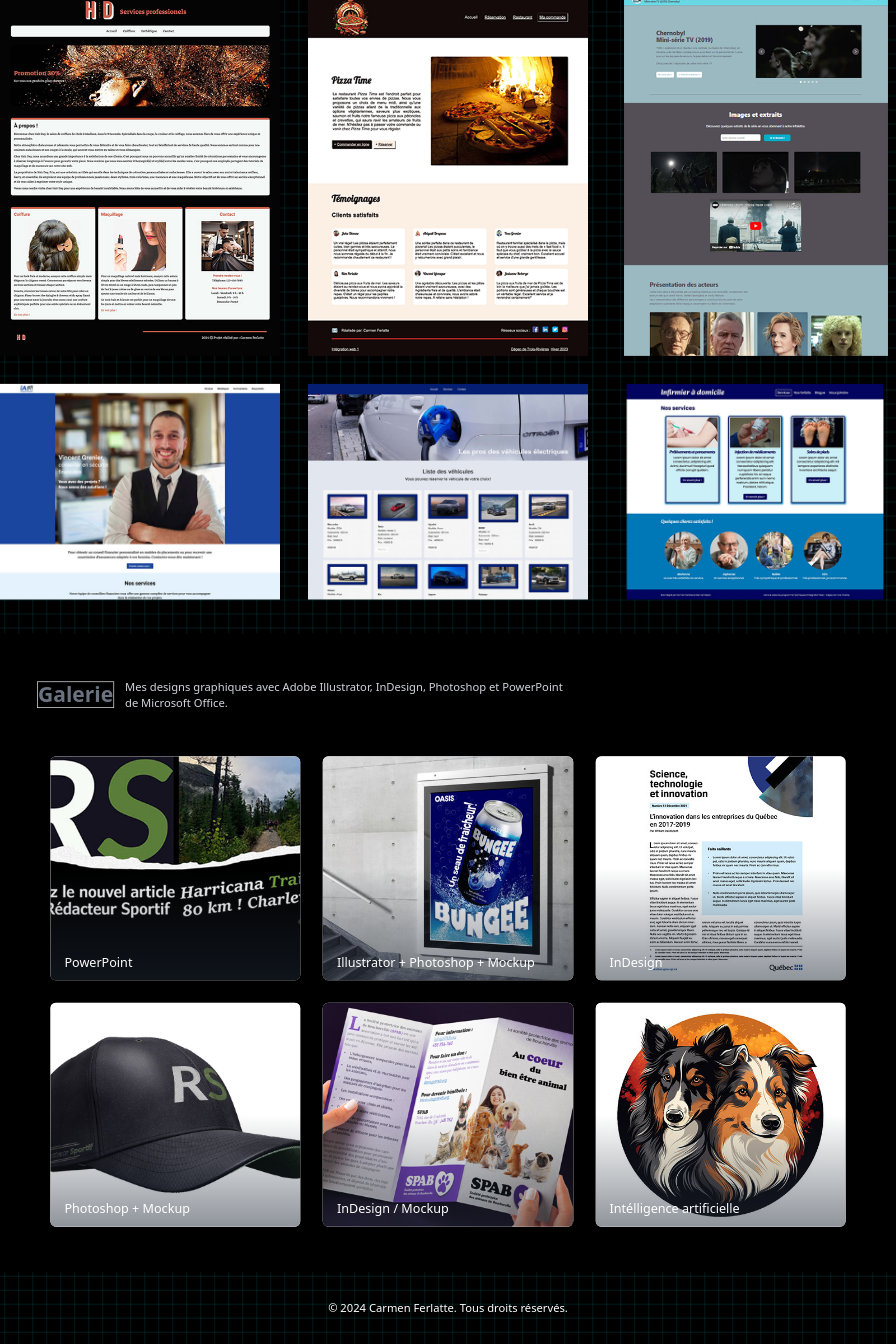
Repository: CarmenFerlatte/TP3__FerlatteCarmen
Page: realisations.html
The author's editor kept a copy of each file at every save. The page is drawn from the files as they stood at one save, then again after the next save.
The browser window is 1280 px wide. The pictures show the part of the page from y = 1039 to 2959 px (the page is 2959 px tall before and 2949 px after), at 70% of full size.
Some web libraries are served in a nearby version. The style sheet was rebuilt from its Sass, Less or Tailwind sources for each picture, by a compiler version that may differ from the author's.

Above is the page before, as saved 2024-08-22 11:59:59.
Console error: TypeError: Cannot read properties of null (reading 'addEventListener')

### realisations.html
<!DOCTYPE html>
<html lang="fr-ca">
<head>
    <meta charset="UTF-8">
    <meta name="viewport" content="width=device-width, initial-scale=1.0">
    <link href="https://cdn.jsdelivr.net/npm/tailwindcss@2.2.19/dist/tailwind.min.css" rel="stylesheet">
    <title>Mon Portefolio</title>
    <script src="https://cdn.tailwindcss.com"></script>
    <link href="https://cdn.jsdelivr.net/npm/tailwindcss@2.2.19/dist/tailwind.min.css" rel="stylesheet">
    <link rel="stylesheet" href="https://cdnjs.cloudflare.com/ajax/libs/font-awesome/6.4.0/css/all.min.css">
    <link rel="stylesheet" href="style/css/style.css">
    <link rel="apple-touch-icon" sizes="180x180" href="img/favicons/apple-touch-icon.png">
    <link rel="icon" type="image/png" sizes="32x32" href="img/favicons/favicon-32x32.png">
    <link rel="icon" type="image/png" sizes="16x16" href="img/favicons/favicon-16x16.png">
    <link rel="manifest" href="img/favicons/site.webmanifest">
    <script src="https://code.jquery.com/jquery-3.6.0.min.js"></script>
    <script src="js/navbar.js" defer></script>
    <script src="js/script.js" defer></script>
    <script src="js/header.js" defer></script>
    <script src="js/install.js" defer></script>
    <script>
        $(function(){
            $("#header").load("assets/php/header.html");
            $("#footer").load("assets/php/footer.html");
        });
    </script>
</head>

<body class="bg-black text-white h-dvh">
    <header id="header"></header>

<main>
    <section class="md:h-full bg-black text-white py-8 sm:py-11 lg:py-12">
         <h1 class="text-2xl md:text-3xl lg:text-4xl xl:text-5xl font-bold text-center mt-20 border">Mes Réalisations</h1>
    <div class="container flex justify-center items-center mx-auto px-4 py-10 sm:py-20 md:py-4">

        <p class="text-sm sm:text-md md:text-base lg:text-1xl xl:text-2xl leading-6 text-left lg:py-20 px-5 md:px-2 lg:px-1 2xl:px-0 text-gray-200 border">Passionnée par le développement web 🖥  et le design 🎨, j'ai réalisé divers projets mettant en œuvre mes compétences 📑  en HTML , CSS, JavaScript et React. Ces technologies 👩‍💻 me permettent de créer des interfaces dynamiques 🚀 et interactives, alliant esthétisme et fonctionnalité. Parallèlement, j'explore ma créativité à travers des travaux de design élaborés avec la suite Adobe, où je m'applique avec enthousiasme 😃  à transformer des idées en visuels percutants. Mon approche multidisciplinaire me permet d'allier techniques de programmation et sens de l'esthétique <span><img class="w-7 inline-block align-middle" src="img/icons/design_web.svg" alt="icone design web"></span> , garantissant des projets non seulement performants mais également visuellement 👀 attrayants.  </p>

    </div>

<div class="container mx-auto px-4 py-1 md:py-5 md:mb-0 mt-[-10px] md:mt-0">
    <div class="grid grid-cols-12 gap-4 flex items-stretch px-5 md:px-2 lg:px-1">
        <div class="col-span-12 md:col-span-6 lg:col-span-4">
            <a href="#projets" title="Voir les projets">
                <div class="relative group cursor-pointer bg-gray-800 p-6 rounded-lg shadow-lg hover:bg-gray-700 hover:shadow-xl transition duration-300">
                    <h3 class="text-lg md:text-1xl lg:text-2xl font-bold text-gray-200">Développement Web</h3>
                    <p class="text-base md:text-lg lg:text-1xl  text-gray-300 mt-4 mb-1">Projets réalisés en HTML, CSS, JavaScript et React.</p>
                    <p class="flex">
                        <img src="img/icons/html5_icon.svg" alt="HTML5 icône" class="w-8 h-8 mt-2 mx-1">
                        <img src="img/icons/css3_icon.svg" alt="CSS3 icône" class="w-8 h-8 mt-2 mx-1">
                        <img src="img/icons/javascript_icon.svg" alt="JavaScript icône" class="w-7 h-7 mt-3 mx-1">
                        <img src="img/icons/react_native_icon.svg" alt="React icône" class="w-8 h-8 mt-3 mx-1">
                    </p>
                </div>
            </a>
        </div>

        <div class="col-span-12 md:col-span-6 lg:col-span-4 flex flex-col">
            <a href="#galerie" title="Voir les designs" class="flex-grow">
                <div class="relative group cursor-pointer bg-gray-800 p-6 rounded-lg shadow-lg hover:bg-gray-700 hover:shadow-xl transition duration-300 flex flex-col">
                    <h3 class="text-lg md:text-1xl lg:text-2xl font-bold text-gray-200 group">Design Graphique</h3>
                    <p class="text-base md:text-lg lg:text-1xl text-gray-300 mt-4 mb-1">Designs graphiques avec la suite Adobe et PowerPoint.</p>
                    <div class="flex">
                        <img src="img/icons/adobe-illustrator_icon.svg" alt="Illustrator icône" class="w-8 h-8 mt-2 mx-1">
                        <img src="img/icons/adobe_photoshop_icon.svg" alt="Photoshop icône" class="w-8 h-8 mt-2 mx-1">
                        <img src="img/icons/adobe_indesign_icon.svg" alt="InDesign icône" class="w-8 h-8 mt-2 mx-1">
                        <img src="img/icons/adobe-xd_icon.svg" alt="XD icône" class="w-8 h-8 mt-2 mx-1">
                        <img src="img/icons/Adobe_Acrobat_Reader_icon.svg" alt="Acrobat Reader icône" class="w-6 h-6 mt-3 mx-1">
                        <img src="img/icons/microsoft_powerpoint_icon.svg" alt="PowerPoint icône" class="w-8 h-8 mt-2 mx-1">
                    </div>
                </div>
            </a>
        </div>

        <div class="col-span-12 md:col-span-6 lg:col-span-4 flex flex-col">
            <a href="#galerie" title="Voir les projets" class="flex-grow">
                <div class="relative group cursor-pointer bg-gray-800 p-6 rounded-lg shadow-lg hover:bg-gray-700 hover:shadow-xl transition duration-300 flex flex-col">
                    <h3 class="text-lg md:text-1xl lg:text-2xl font-bold text-gray-200">Intelligence Artificielle</h3>
                    <p class="text-base md:text-lg lg:text-2xl text-gray-300 mt-4 mb-1">Création de logos avec l'intelligence artificielle.</p>
                    <div class="flex">
                        <img src="img/icons/intelligence_artificielle_icon.svg" alt="PowerPoint icône" class="w-8 h-8 mt-2 mx-1">
                    </div>
                </div>
            </a>
        </div>
    </div>
</div>


    </section>

    <section class="cyber-grid h-full">
        <div class="w-10/12 lg:w-11/12 mx-auto pt-10 flex items-center space-x-4 border">
            <h2 id="projets" class="text-2xl md:text-3xl lg:text-4xl font-bold text-gray-500 lg:text-3xl dark:text-white">Projets</h2>
            <p class="text-1xl text-gray-300 dark:text-gray-300 md:block pt-3 pl-5">
                Projets réalisés en html, css et JavaScript.
                </p>
        </div>
    <div class="container mx-auto py-8 md:mt-2 px-2 md:px-2 lg:px-0">

        <div class="grid grid-cols-1 md:grid-cols-2 lg:grid-cols-3 gap-10 p-4 w-full mx-auto place-items-start px-10 sm:px-0">
            <img class="hover:opacity-75" src="img/screenshots/2024__projet__salon_de_coiffure.jpg" alt="image">
            <img class="hover:opacity-75" src="img/screenshots/2024__projet__restaurant.png" alt="image">
            <img class="hover:opacity-75" src="img/screenshots/2024__projet_cinema.png" alt="image">
            <img class="hover:opacity-75" src="img/screenshots/2024__projet__vincent_grenier_w600.jpg" alt="image">
            <img class="hover:opacity-75" src="img/screenshots/mon_premier_projet_react.jpg" alt="image">
            <img class="hover:opacity-75" src="img/screenshots/2023__projet__soins_infirmiers.png" alt="image">
        </div>
    </div>
</section>
    <section class="dark:bg-gray-800 h-full">

        <div class="w-10/12 lg:w-11/12 mx-auto my-16 flex items-center space-x-4">

            <h2 id="galerie" class="text-3xl md-text-4xl font-bold text-gray-500 dark:text-white border">Galerie</h2>

            <p class="max-w-screen-sm text-1xl text-gray-300 dark:text-gray-300 md:block">
                Mes designs graphiques avec Adobe Illustrator, InDesign, Photoshop et PowerPoint de Microsoft Office.
            </p>
        </div>

    <div class="mx-auto h-auto max-w-screen-2xl px-4 md:px-8 mb-16 mt-auto">

        <div class="grid grid-cols-1 md:grid-cols-2 lg:grid-cols-3 mx-10 gap-4 md:gap-6 xl:gap-8">
            <!-- image - start -->
            <a href="https://le-redacteur-sportif.ca/harricana_trail_2023.html" title="Le Rédacteur Sportif" target="_blank" rel="noopener noreferrer"
                class="group relative flex items-end h-72 md:h-80 overflow-hidden rounded-lg bg-gray-100 shadow-lg">
                <img src="img/design/harricana_trail_80km__charlevoix__Vincent_Greniert.jpg" loading="lazy" alt="Projet Carmen Ferlatte Adobe InDesign (brochure)" class="absolute inset-0 h-full w-full object-cover object-center transition duration-200 group-hover:scale-110">

                <div
                    class="pointer-events-none absolute inset-0 bg-gradient-to-t from-gray-800 via-transparent to-transparent opacity-50">
                </div>

                <span class="relative ml-4 mb-3 inline-block text-sm text-white md:ml-5 md:text-lg">PowerPoint</span>
            </a>
            <!-- image - end -->

            <!-- image - start -->
            <div
                class="group relative flex items-end h-72 md:h-48 overflow-hidden rounded-lg bg-gray-100 shadow-lg md:h-80">
                <img src="img/design/05__affiche_bungee__Carmen_Ferlatte.jpg" loading="lazy" alt="Projet Carmen Ferlatte Adobe Illustrator (affiche)" class="absolute inset-0 h-full w-full object-cover object-center transition duration-200 group-hover:scale-110">

                <div
                    class="pointer-events-none absolute inset-0 bg-gradient-to-t from-gray-800 via-transparent to-transparent opacity-50">
                </div>

                <span class="relative ml-4 mb-3 inline-block text-sm text-white md:ml-5 md:text-lg">Illustrator + Photoshop + Mockup</span>
            </div>
            <!-- image - end -->

            <!-- image - start -->
            <div
                class="group relative flex items-end h-72 md:h-48 overflow-hidden rounded-lg bg-gray-100 shadow-lg md:h-80">
                <img src="img/design/exercice_inDesign__Carmen_Ferlatte.jpg" loading="lazy" alt="Photo by Magicle" class="absolute inset-0 h-full w-full object-cover object-center transition duration-200 group-hover:scale-110">

                <div
                    class="pointer-events-none absolute inset-0 bg-gradient-to-t from-gray-800 via-transparent to-transparent opacity-50">
                </div>

                <span class="relative ml-4 mb-3 inline-block text-sm text-white md:ml-5 md:text-lg">InDesign</span>
            </div>
            <!-- image - end -->

            <!-- image - start -->
            <a href="https://le-redacteur-sportif.ca/harricana_trail_2023.html" title="Le Rédacteur Sportif" target="_blank" rel="noopener noreferrer"
                class="group relative flex items-end h-72 md:h-48 overflow-hidden rounded-lg bg-gray-100 shadow-lg md:h-80">
                <img src="img/design/casquette__RS__w1200.jpg" loading="lazy" alt="Affiche médias sociaux PowerPoint / Carmen Ferlatte" class="absolute inset-0 h-full w-full object-cover object-center transition duration-200 group-hover:scale-110">

                <div
                    class="pointer-events-none absolute inset-0 bg-gradient-to-t from-gray-800 via-transparent to-transparent opacity-50">
                </div>

                <span class="relative ml-4 mb-3 inline-block text-sm text-white md:ml-5 md:text-lg">Photoshop + Mockup</span>
            </a>
            <!-- image - end -->

            <!-- image - start -->
            <div
                class="group relative flex h-72 md:h-48 items-end overflow-hidden rounded-lg bg-gray-100 shadow-lg md:h-80">
                <img src="img/design/projet__brochure__spa__450x345.jpg" loading="lazy" alt="Brochure InDesign et Mockup / Carmen Ferlatte" class="absolute inset-0 h-full w-full object-cover object-center transition duration-200 group-hover:scale-110">

                <div
                    class="pointer-events-none absolute inset-0 bg-gradient-to-t from-gray-800 via-transparent to-transparent opacity-50">
                </div>

                <span class="relative ml-4 mb-3 inline-block text-sm text-white md:ml-5 md:text-lg">InDesign / Mockup</span>
            </div>
            <!-- image - end -->
             <!-- image - start -->
            <div
                class="group relative flex h-72 md:h-48 items-end overflow-hidden rounded-lg bg-gray-100 shadow-lg md:h-80">
                <img src="img/design/logo_colley_carmen_ferlatte.jpg" loading="lazy" alt="Logo fait avec l'Intélligence artificielle / Carmen Ferlatte" class="absolute inset-0 h-full w-full object-cover object-center transition duration-200 group-hover:scale-110">

                <div
                    class="pointer-events-none absolute inset-0 bg-gradient-to-t from-gray-800 via-transparent to-transparent opacity-50">
                </div>

                <span class="relative ml-4 mb-3 inline-block text-sm text-white md:ml-5 md:text-lg">Intélligence artificielle</span>
            </div>
            <!-- image - end -->
        </div>
    </div>
</section>
</main>

   <footer id="footer" class="block clear-both mt-16"></footer>
</body>
</html>

### js/header.js
// Header and footer loading script

$(function () {
    $('#header').load('assets/php/header.html', function() {
        let navbar = document.querySelector('.bg-animated');
        if (navbar) {
            let lastScrollTop = 0;

            window.addEventListener('scroll', function () {
                let scrollTop = window.scrollY || document.documentElement.scrollTop;
                if (scrollTop > lastScrollTop) {
                    // Scroll down
                    navbar.classList.add('navbar-hidden');
                } else {
                    // Scroll up
                    navbar.classList.remove('navbar-hidden');
                }

                    lastScrollTop = scrollTop;
            });
        } else {
            console.error('Navbar not found');
        }
    });
    $('#footer').load('assets/php/footer.html', function (response, status, xhr) {
        if (status === "error") {
            console.error("Erreur de chargement du pied de page: " + xhr.status + " " + xhr.statusText);
        } else {
            console.log("Le pied de page a été chargé avec succès");
        }
    });
});

### js/install.js
// Description: Script pour l'installation de la PWA

let deferedInstallPrompt = null;
    const installButton = document.getElementById('butInstall');

    installButton.addEventListener('click', installPWA);

    window.addEventListener('beforeInstallPrompt', afficherButtonInstall);

    function afficherBoutonInstall(evt) {
        deferedInstallPrompt = evt;
        installButton.removeAttribute('hidden');
    }

    function installPWA(evt) {
        deferedInstallPrompt.prompt();
        evt.srcElement.setAttribute('hidden', true);
        deferedInstallPrompt.userChoice
            .then((choice) => {
                if (choice.outcome === 'accepted') {
                    console.log("L'usager a installé la PWA VIA le mon bouton d'installation", choice);
                } else {
                    console.log("Lusager a refusé l'installation de la PWA VIA le boutton d'installation", choice);
                }
                deferedInstallPrompt = null;
            });

        function logAppInstalled(evt) {
            console.log("L'usager a installé la PWA VIA Les ... de Chrome");
    }
 };

### assets/php/header.html
<header>
  <nav class="bg-animated cyber-grid fixed w-full z-50">
    <div class="w-full mx-auto px-6 md:px-10">
      <div class="flex justify-between items-center py-6">
        <a
          href="index.html"
          class="text-xl sm:text-1xl lg:text-2xl font-bold neon-text glitch-effect"
          data-text="Carmen Ferlatte"
          >Carmen Ferlatte</a
        >
        <label for="menu-toggle">Portefolio</label>
        <input type="checkbox" id="menu-toggle" class="hidden" />
        <label for="menu-toggle" class="menu-icon cursor-pointer md:hidden">
          <span class="hamburger"></span>
        </label>
        <ul class="menu hidden md:flex md:items-center space-x-10">
          <li>
            <a href="index.html" class="nav-link" data-text="Accueil"
              >Accueil</a
            >
          </li>
          <li>
            <a
              href="realisations.html"
              class="nav-link"
              data-text="Réalisations"
              >Réalisations</a
            >
          </li>
          <li>
            <a href="contact.html" class="nav-link" data-text="Contact"
              >Contact</a
            >
          </li>
          <!-- <li><a href="#" class="bg-gradient-to-r from-cyan-500 to-blue-500 text-white font-bold py-2 px-4 rounded hover:from-cyan-600 hover:to-blue-600 transition-all duration-300">Sign Up</a></li> -->
        </ul>
      </div>
    </div>
  </nav>
</header>

### assets/php/footer.html
<footer class="cyber-grid">
    <div class="container mx-auto px-4 py-10">
        <p class="text-center text-white">© 2024 Carmen Ferlatte. Tous droits réservés.</p>
   </div>
</footer>

### style/sass/style.scss
@use "navbar" as *;

### style/sass/_navbar.scss
@keyframes neon-pulse {
    0%, 100% {
        text-shadow: 0 0 5px #fff, 0 0 10px #fff, 0 0 15px #fff, 0 0 20px #0891b2, 0 0 35px #0891b2, 0 0 40px #0891b2, 0 0 50px #0891b2, 0 0 75px #0891b2;
    }
    50% {
        text-shadow: 0 0 2px #fff, 0 0 5px #fff, 0 0 7px #fff, 0 0 10px #0891b2, 0 0 17px #0891b2, 0 0 20px #0891b2, 0 0 25px #0891b2, 0 0 37px #0891b2;
    }
}

.neon-text {
    animation: neon-pulse 1.5s infinite alternate;
}

.bg-animated {
    background: linear-gradient(-45deg, #000000, #1a1a1a, #000033, #003366);
    background-size: 400% 400%;
    animation: gradient 15s ease infinite;
}

@keyframes gradient {
    0% { background-position: 0% 50%; }
    50% { background-position: 100% 50%; }
    100% { background-position: 0% 50%; }
}

.cyber-grid {
    background-image:
        linear-gradient(rgba(0, 255, 255, 0.1) 1px, transparent 1px),
        linear-gradient(90deg, rgba(0, 255, 255, 0.1) 1px, transparent 1px);
    background-size: 20px 20px;
    animation: cyber-grid-move 20s linear infinite;
}

@keyframes cyber-grid-move {
    0% { background-position: 0 0; }
    100% { background-position: 20px 20px; }
}



.nav-link {
    position: relative;
    overflow: hidden;

        &::before {
            content: '';
            position: absolute;
            bottom: 0;
            left: 0;
            width: 100%;
            height: 2px;
            background-color: #0891b2;
            transform: translateX(-100%);
            transition: transform 0.3s ease;
        }

       &:hover::before {
            transform: translateX(0);
        }

        &::after {
            content: attr(data-text);
            position: absolute;
            top: 0;
            left: 0;
            width: 100%;
            height: 100%;
            display: flex;
            align-items: center;
            justify-content: center;
            transform: translateY(100%);
            background: linear-gradient(to bottom, #0891b2, #3e43cb);
            -webkit-background-clip: text;
            background-clip: text;
            -webkit-text-fill-color: transparent;
            transition: transform 0.3s ease;
        }

        &:hover::after {
            transform: translateY(0);
        }
}


.glitch-effect {
    position: relative;

    &::before,
    &::after {
        content: attr(data-text);
        position: absolute;
        top: 0;
        left: 0;
        width: 100%;
        height: 100%;
        opacity: 0.8;
    }

    &::before {
        left: 2px;
        text-shadow: -2px 0 #ff00de;
        clip: rect(24px, 550px, 90px, 0);
        animation: glitch-anim 3s infinite linear alternate-reverse;
    }

    &::after {
        left: -2px;
        text-shadow: -2px 0 #0891b2;
        clip: rect(85px, 550px, 140px, 0);
        animation: glitch-anim 2s infinite linear alternate-reverse;
    }

}



@keyframes glitch-anim {
    0% { clip: rect(39px, 9999px, 71px, 0); }
    20% { clip: rect(3px, 9999px, 5px, 0); }
    40% { clip: rect(6px, 9999px, 38px, 0); }
    60% { clip: rect(13px, 9999px, 43px, 0); }
    80% { clip: rect(44px, 9999px, 93px, 0); }
    100% { clip: rect(54px, 9999px, 47px, 0); }
}

#menu-toggle {
    &:checked {
        ~ .menu {
            display: block;
        }

        ~ .menu-icon {
            .hamburger {
                transform: rotate(45deg);

                &::before {
                    transform: translateY(8px) rotate(90deg);
                }

                &::after {
                    transform: translateY(-8px) rotate(90deg);
                }
            }
        }
    }
}

.hamburger,
.hamburger::before,
.hamburger::after {
    content: '';
    display: block;
    background: #0891b2;
    height: 3px;
    width: 30px;
    transition: transform 0.5s cubic-bezier(0.23, 1, 0.32, 1);
}

.hamburger {
    &::before {
        transform: translateY(-8px);
    }

    &::after {
        transform: translateY(8px);
    }
}

@media (max-width: 768px) {
    .menu {
        position: fixed;
        top: 60px;
        left: 0;
        right: 0;
        width: 100%;
        height: 0;
        background: rgba(0, 0, 0, 0.9);
        overflow: hidden;
        transition: height 0.5s cubic-bezier(0.23, 1, 0.32, 1);
        text-align: right;
        padding-right: 20px;
        padding-top: 20px;

        a {
            display: block;
            font-size: 1.2rem;
            padding: 10px 0;
            text-decoration: underline 2px #0891b2;

            &:hover {
                color: #0891b2;
                text-decoration: none;
                cursor: pointer;
            }
        }
    }

    #menu-toggle:checked ~ .menu {
        height: calc(100vh - 60px);
    }
}

@media (max-width: 640px) {
    .no-glitch {
        animation: none !important;
    }
}

/*-------------Invisible Navbar-------------*/

.navbar-hidden {
    transform: translateY(-100%);
    transition: transform 0.3s ease-in-out;
}

Loaded but not shown: js/script.js (33 lines, source omitted); js/navbar.js (30 lines, source omitted)

After the next save:
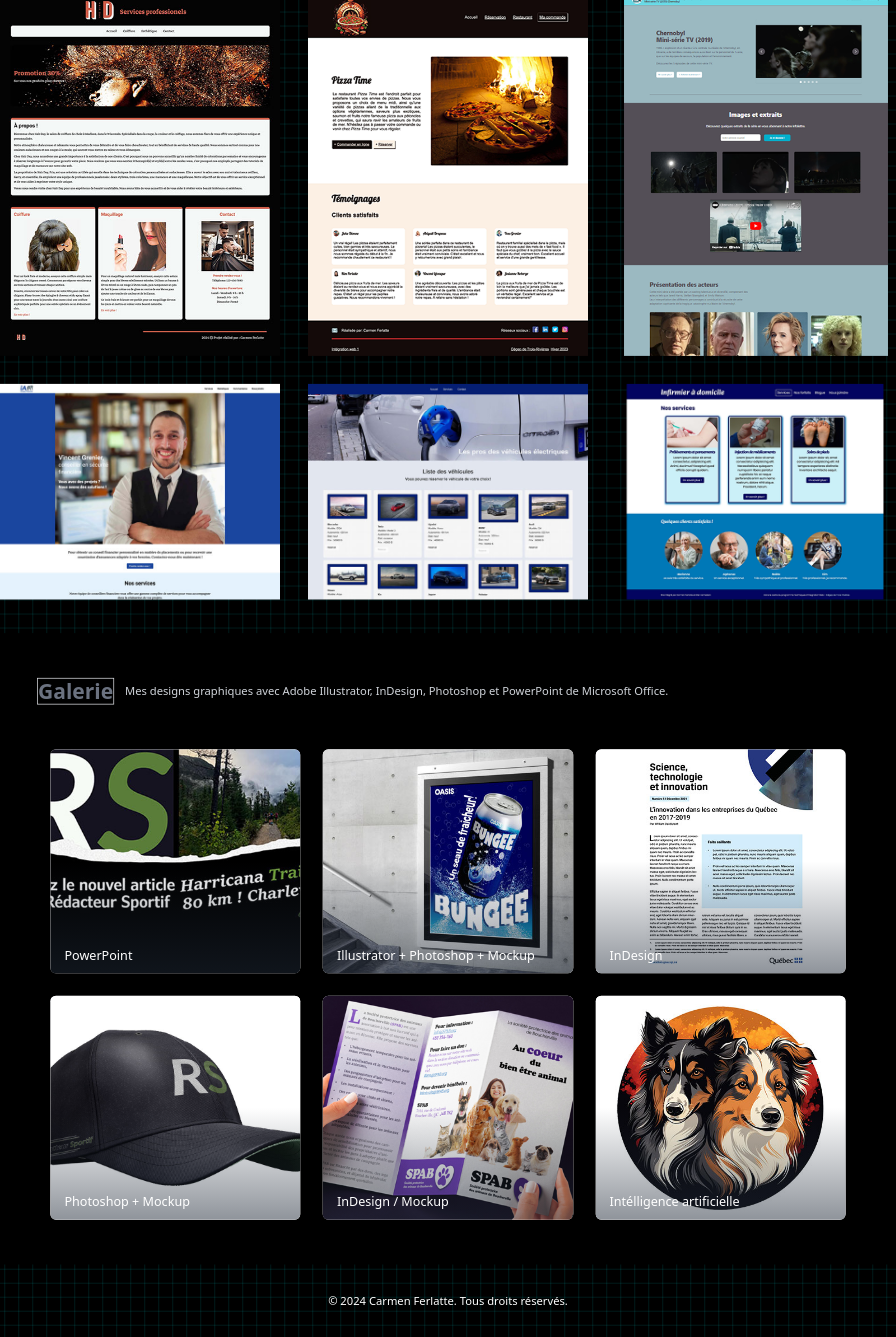
Saved 8 s later.
--- a/realisations.html
+++ b/realisations.html
@@ -114,7 +114,7 @@
 
             <h2 id="galerie" class="text-3xl md-text-4xl font-bold text-gray-500 dark:text-white border">Galerie</h2>
 
-            <p class="max-w-screen-sm text-1xl text-gray-300 dark:text-gray-300 md:block">
+            <p class="text-1xl text-gray-300 dark:text-gray-300 md:block">
                 Mes designs graphiques avec Adobe Illustrator, InDesign, Photoshop et PowerPoint de Microsoft Office.
             </p>
         </div>
